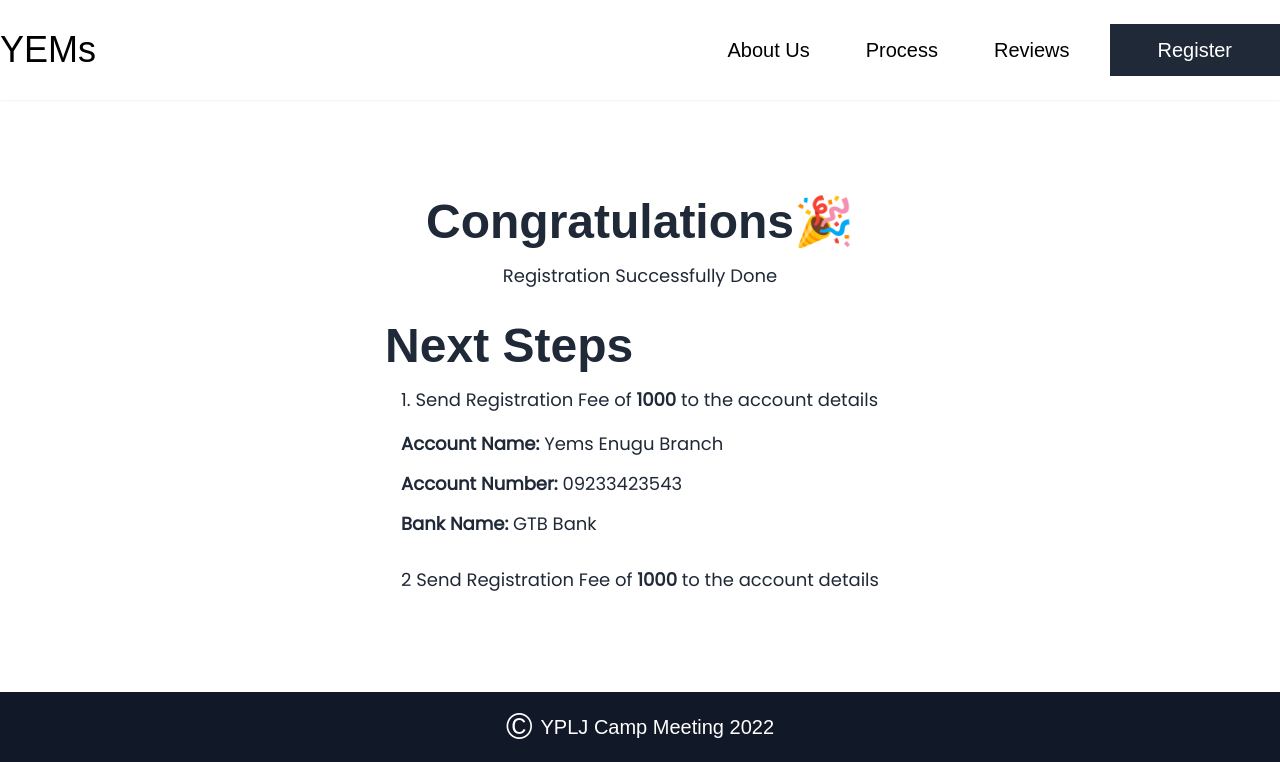
Repository: Ifenna-Pascal/user-camp-onboarding
Page: /dashboard
The author's editor kept a copy of each file at every save. The page is drawn from the files as they stood at one save, then again after the next save.
The browser window is 1280 px wide. The pictures show the whole page.
Some web fonts or font styles are not loaded; a fallback is used. The project was rebuilt for these pictures with package versions that can differ from the ones it lists, and the page was loaded fresh each time. The framework's server and built-in components were replaced by stand-ins that run in the browser. Also part of the build but not shown: next.config.js.

Above is the page before, as saved 2022-11-27 08:20:08.

### pages/_app.js
import Mainlayout from "../components/layout";
import "../styles/globals.css";
import "remixicon/fonts/remixicon.css";

function MyApp({ Component, pageProps }) {
  return (
    <Mainlayout>
      <Component {...pageProps} />
    </Mainlayout>
  );
}

export default MyApp;

### pages/dashboard.jsx
import React from "react";

function Dashboard() {
  return (
    <div className="min-h-[80vh] flex  flex-col items-center justify-center">
      <h1 className="text-gray-800 text-center lg:text-left text-2xl lg:text-5xl font-semibold font-sono block ">
        Congratulations🎉
      </h1>
      <p className="block text-base  lg:text-lg text-center font-poppins text-gray-800 leading-[30px] py-2 lg:py-4">
        Registration Successfully Done
      </p>
      <div>
        <h1 className="text-gray-800 text-center pt-4 lg:text-left text-2xl lg:text-5xl font-semibold font-sono block ">
          Next Steps{" "}
        </h1>
        <p className="block text-base  lg:text-lg text-left px-4 font-poppins text-gray-800 leading-[30px] py-2 lg:py-4">
          1. Send Registration Fee of <strong>1000</strong> to the account
          details
        </p>
        <div className="px-4">
          <p className="block text-base  lg:text-lg text-left pb-3 font-poppins text-gray-800 leading-[30px]">
            <b>Account Name:</b> Yems Enugu Branch
          </p>
          <p className="block text-base  lg:text-lg text-left pb-3 font-poppins text-gray-800 leading-[30px]">
            <b>Account Number:</b> 09233423543
          </p>
          <p className="block text-base  lg:text-lg text-left pb-3 font-poppins text-gray-800 leading-[30px]">
            <b>Bank Name:</b> GTB Bank
          </p>
        </div>
        <p className="block text-base  lg:text-lg text-left px-4 font-poppins text-gray-800 leading-[30px] py-2 lg:py-4">
          2 Send Registration Fee of <strong>1000</strong> to the account
          details
        </p>
      </div>
    </div>
  );
}

export default Dashboard;

### components/layout/index.jsx
import React from "react";
import Footer from "./Footer";
import Nav from "./Nav";

function Mainlayout({ children }) {
  return (
    <div className="relative">
      <Nav />
      <main>{children}</main>
      <Footer />
    </div>
  );
}

export default Mainlayout;

### styles/globals.css
@import url('https://fonts.googleapis.com/css2?family=Poppins&family=Sono:wght@400;500&display=swap');
@import url('https://fonts.googleapis.com/css2?family=Montserrat&family=Source+Sans+Pro&display=swap');

* {
  padding: 0;
  margin: 0;
  box-sizing: border-box;
  scroll-behavior: smooth;
}

html,
body {
  padding: 0;
  margin: 0;
  font-family: -apple-system, BlinkMacSystemFont, Segoe UI, Roboto, Oxygen,
    Ubuntu, Cantarell, Fira Sans, Droid Sans, Helvetica Neue, sans-serif;
}

a {
  color: inherit;
  text-decoration: none;
}

* {
  box-sizing: border-box;
}

@media (prefers-color-scheme: dark) {
  html {
    color-scheme: dark;
  }
  body {
    color: white;
    background: black;
  }
}

@tailwind base;
@tailwind components;
@tailwind utilities;

### components/layout/Footer.jsx
import React from "react";

function Footer() {
  return (
    <div className="bg-gray-900 w-full h-[70px]  flex items-center justify-center">
      <p className="text-center flex items-center text-white font-sono text-xl">
        {" "}
        <span className="text-4xl mr-2">&copy;</span> YPLJ Camp Meeting 2022{" "}
      </p>
    </div>
  );
}

export default Footer;

### components/layout/Nav.jsx
import Link from "next/link";
import { useRouter } from "next/router";
import React, { useState } from "react";
import Button from "../general/Button";
import NavLink from "../general/NavLink";

function Nav() {
  const [show, setShow] = useState(false);
  const router = useRouter();
  const toggle = () => {
    setShow(!show);
  };
  return (
    <div className="lg:sticky  top-0 w-full shadow-sm mb-4 z-50 px-6 lg:px-0 bg-white">
      <nav className="w-full lg:py-6 py-5 flex items-center  lg:max-w-[1450px] lg:mx-auto justify-between">
        <Link href="/">
          {" "}
          <h1 className="font-sono text-2xl lg:text-4xl ">YEMs</h1>
        </Link>
        <ul className="lg:flex items-center hidden justify-between">
          <NavLink href="/#home" name="About Us" />
          <NavLink href="/#process" name="Process" />
          <NavLink href="/#reviews" name="Reviews" />
          <Link href="/register">
            <Button text="Register" />
          </Link>
        </ul>
        <button
          className='block md:hidden className="w-full px-2 py-1 rounded-lg text-AP-grey-200 hover:text-AP-blue-200 border-AP-grey-200 hover:border-AP-blue-400'
          onClick={toggle}
        >
          <i
            className={`${
              !show ? "ri-menu-3-fill duration-500" : "ri-close-line"
            } text-2xl text-gray-800`}
          />
        </button>
      </nav>
      <div
        className={`flex lg:hidden ${
          show
            ? "flex duration-500  flex-col items-center space-y-8 pt-2 "
            : "hidden"
        }`}
      >
        <NavLink href="/#home" name="About Us" />
        <NavLink href="/#process" name="Process" />
        <NavLink href="/#reviews" name="Reviews" />
        {/* {router.pathname !== "/register" && (
          <Link href="/register">
            <Button text="Register" onClick={() => setShow(false)} />
          </Link>
        )} */}
      </div>
    </div>
  );
}

export default Nav;

### components/general/Button.jsx
import React from "react";

function Button({ text, ...rest }) {
  return (
    <button
      className="bg-gray-800 px-12 py-3 hover:bg-white hover:text-black hover:border hover:border-black duration-500 hover:ease-in-out text-white font-sono text-xl"
      {...rest}
    >
      {text}
    </button>
  );
}

export default Button;

### components/general/NavLink.jsx
import Link from "next/link";
import React from "react";

function NavLink({ href, name }) {
  return (
    <Link href={href}>
      <span className="text-black px-4 text-xl font-sono mr-6 font-500">
        {name}
      </span>
    </Link>
  );
}

export default NavLink;

### tailwind.config.js
/** @type {import('tailwindcss').Config} */
module.exports = {
  content: [
    "./pages/**/*.{js,ts,jsx,tsx}",
    "./components/**/*.{js,ts,jsx,tsx}",
  ],

  theme: {
    extend: {
      fontFamily: {
        sono: ["Sono", "sans-serif"],
        poppins: ["Poppins", "sans-serif"],
        montserat: ["Montserrat", "sans-serif"],
      },
    },
  },
  plugins: [],
};

After the next save:
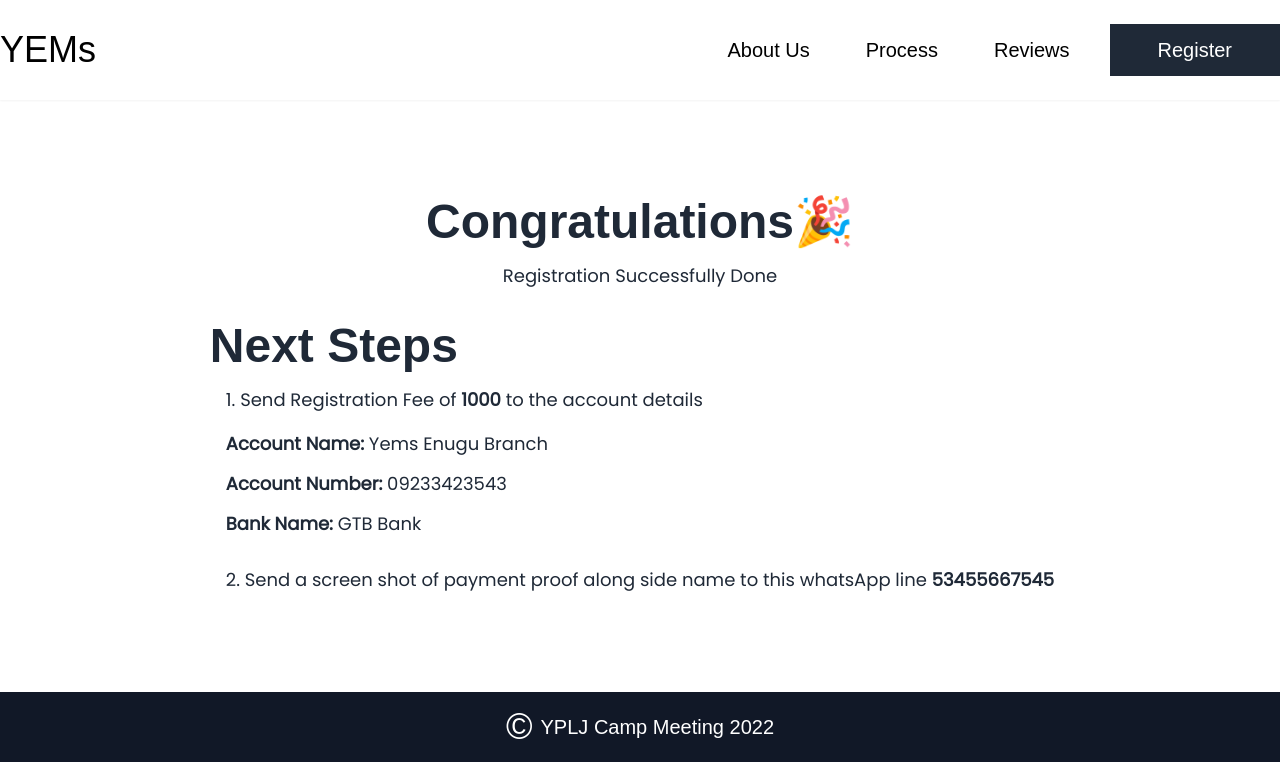
Saved 105 s later.
--- a/pages/dashboard.jsx
+++ b/pages/dashboard.jsx
@@ -29,8 +29,11 @@ function Dashboard() {
           </p>
         </div>
         <p className="block text-base  lg:text-lg text-left px-4 font-poppins text-gray-800 leading-[30px] py-2 lg:py-4">
-          2 Send Registration Fee of <strong>1000</strong> to the account
-          details
+          2. Send a screen shot of payment proof along side name to this
+          whatsApp line{" "}
+          <strong>
+            <a href="">53455667545</a>
+          </strong>
         </p>
       </div>
     </div>
